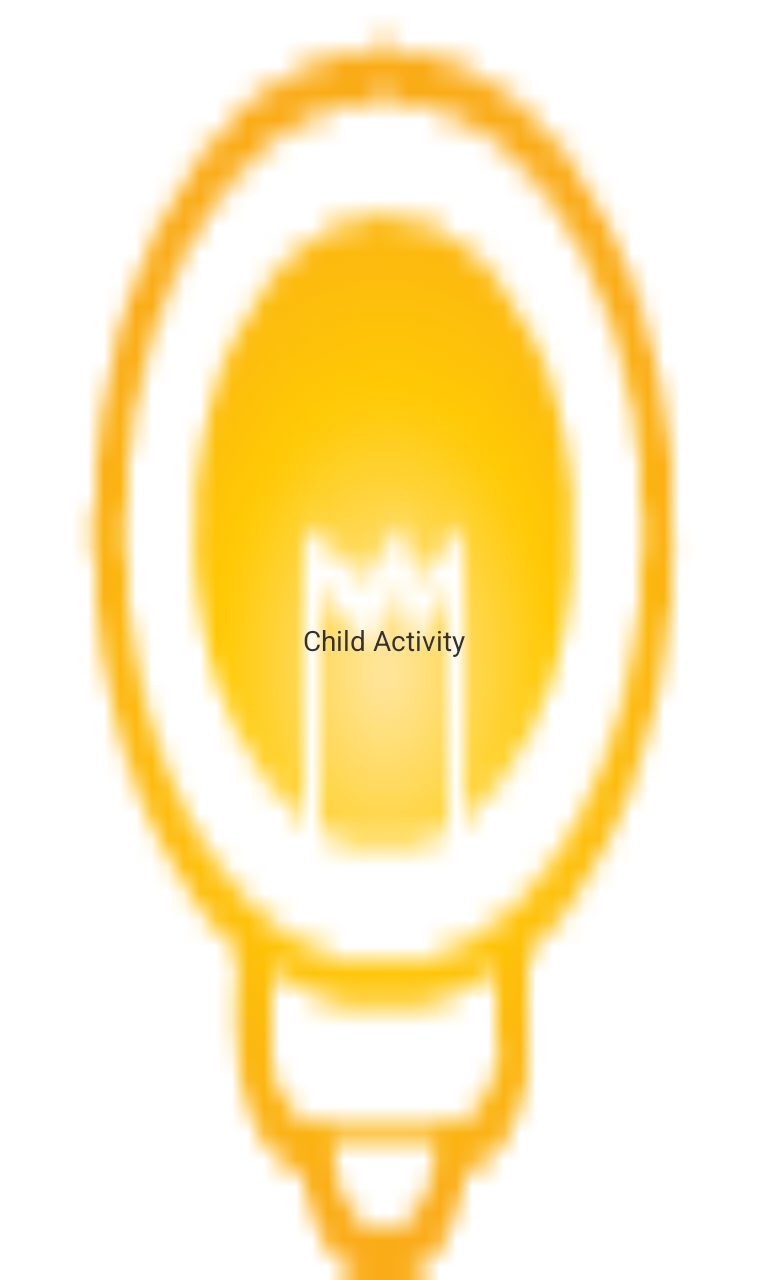
Repository: samanamp/RR-Controller
Layout: RRC app/res/layout/activity_child_setting.xml
The author's editor kept a copy of each file at every save. The layout is drawn from the files as they stood at one save, then again after the next save.
It is drawn on a 768 x 1280 px phone screen (xhdpi) without system bars, with theme AppTheme; the app's code is not run.

Above is the layout before, as saved 2012-08-09 10:15:21.

### RRC app/res/layout/activity_child_setting.xml
<RelativeLayout xmlns:android="http://schemas.android.com/apk/res/android"
    xmlns:tools="http://schemas.android.com/tools"
    android:layout_width="match_parent"
    android:layout_height="match_parent"
    android:background="@drawable/ic_about" >

    <TextView
        android:layout_width="wrap_content"
        android:layout_height="wrap_content"
        android:layout_centerHorizontal="true"
        android:layout_centerVertical="true"
        android:text="Child Activity"
        tools:context=".ChildSettingActivity" />

</RelativeLayout>

Loaded but not shown: RRC app/res/values/styles.xml (common file)

After the next save:
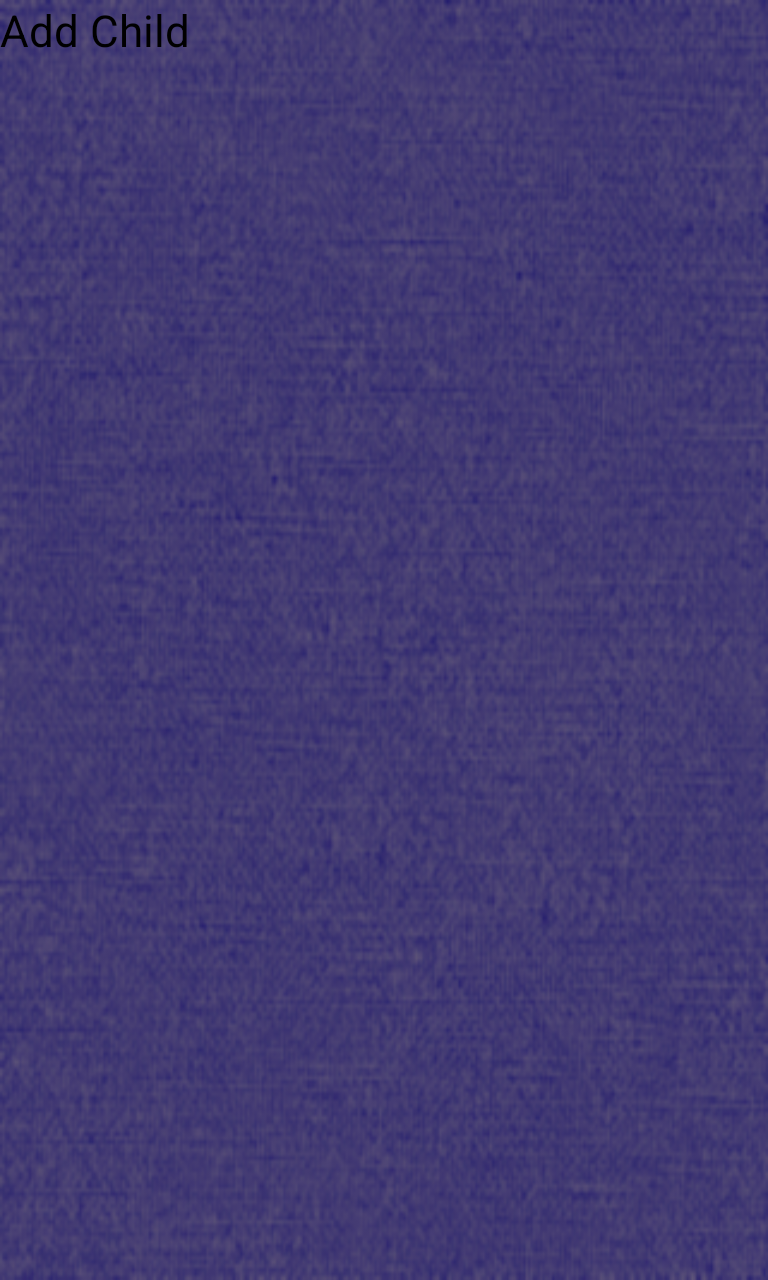
Saved 78 min 4 s later.
--- a/RRC app/res/layout/activity_child_setting.xml
+++ b/RRC app/res/layout/activity_child_setting.xml
@@ -2,14 +2,15 @@
     xmlns:tools="http://schemas.android.com/tools"
     android:layout_width="match_parent"
     android:layout_height="match_parent"
-    android:background="@drawable/ic_about" >
+    android:background="@drawable/bg_menu" >
 
     <TextView
+        android:id="@+id/textView1"
         android:layout_width="wrap_content"
         android:layout_height="wrap_content"
-        android:layout_centerHorizontal="true"
-        android:layout_centerVertical="true"
-        android:text="Child Activity"
-        tools:context=".ChildSettingActivity" />
+        android:layout_alignParentLeft="true"
+        android:layout_alignParentTop="true"
+        android:text="Add Child"
+        android:textAppearance="?android:attr/textAppearanceLarge" />
 
 </RelativeLayout>
